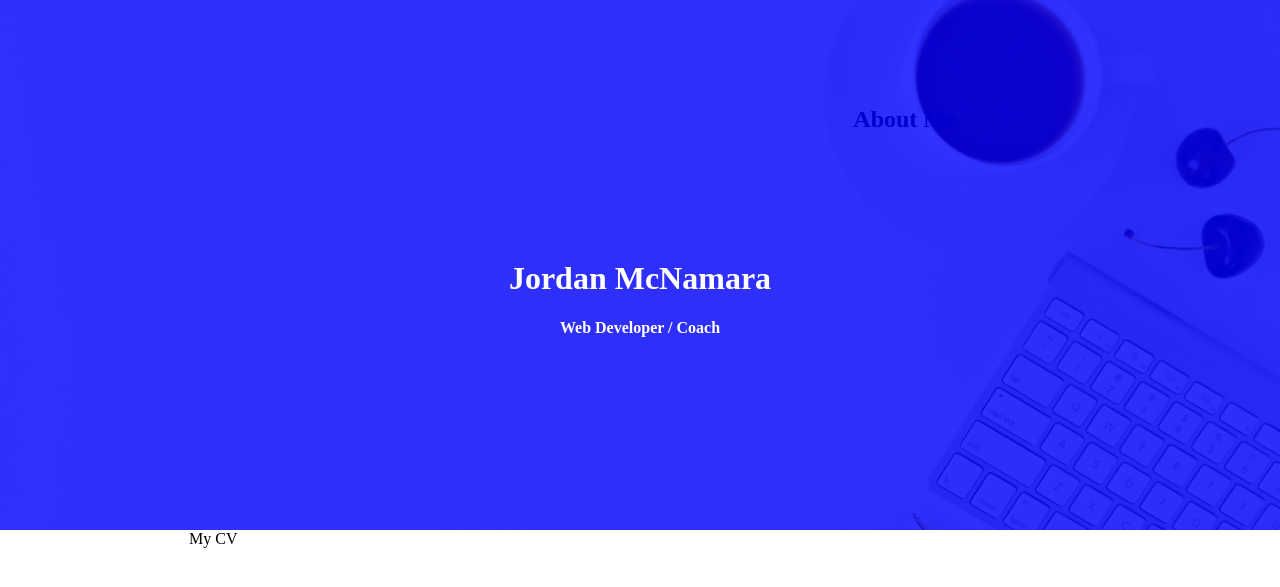
Repository: Scoofster/SWE-Flying-start-bio-website
Page: public/index.html
These files come from the project's save history. The page is drawn as it stood at one moment and after the next save; the edit follows.
The browser window is 1280 px wide. The pictures show the whole page.

Above is the page before, as saved 2022-06-16 13:19:07.

After the next save:
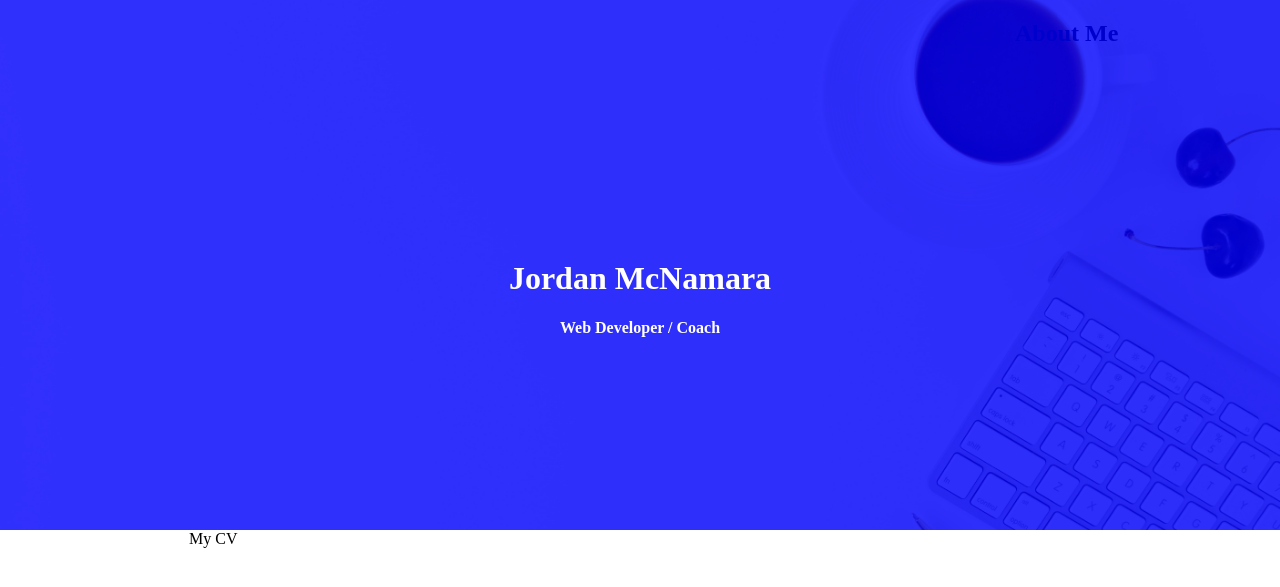
Saved 38 s later.
--- a/public/index.css
+++ b/public/index.css
@@ -40,7 +40,7 @@
   #about-me-nav-link {
     display: flex;
     grid-area: 1/3;
-    align-items: center;
-    justify-items: center;
+    justify-content: center;
+
 
   }
